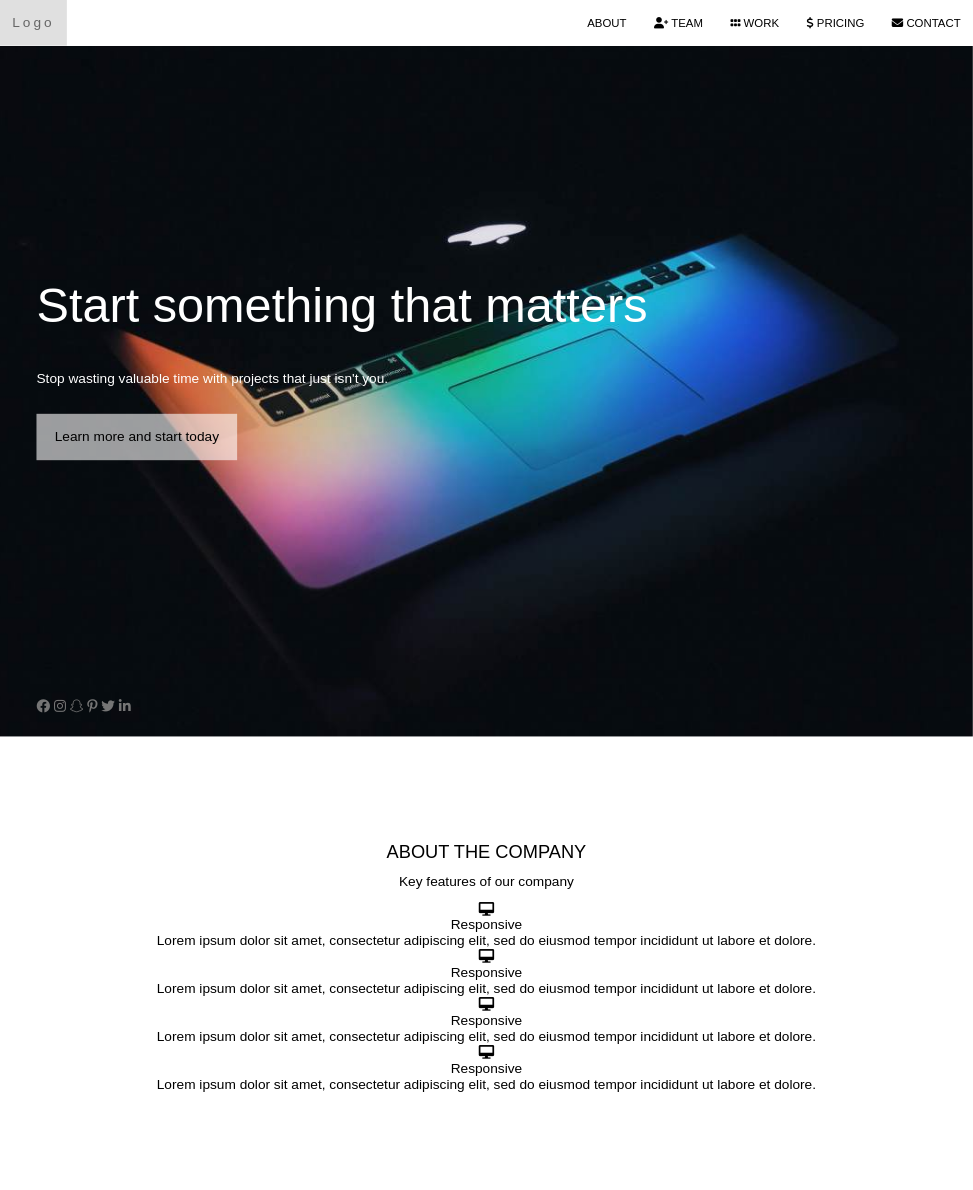
Repository: husterDC/Test
Page: index.html
An editor plug-in stored every save of this project. The page is shown before and after the next save, followed by the edit.
The browser window is 1280 px wide. The pictures show the whole page, at 76% of full size.

Above is the page before, as saved 2022-10-13 12:46:11.

After the next save:
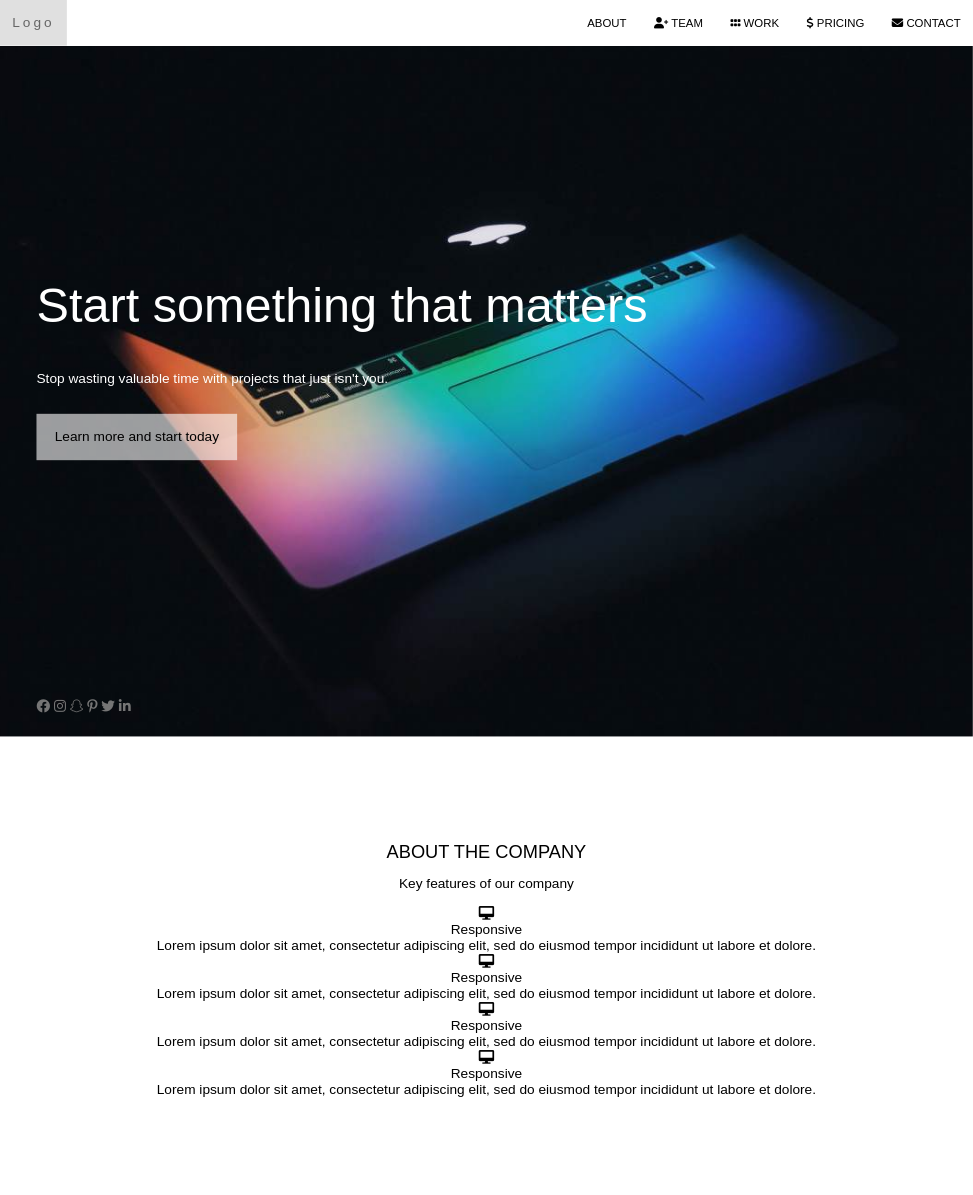
Saved 25 s later.
--- a/assets/style.css
+++ b/assets/style.css
@@ -112,5 +112,5 @@
     margin: 10px 0;
 }
 .container_about-dec {
-    margin: 15px 0;
+    margin: 18px 0;
 }
